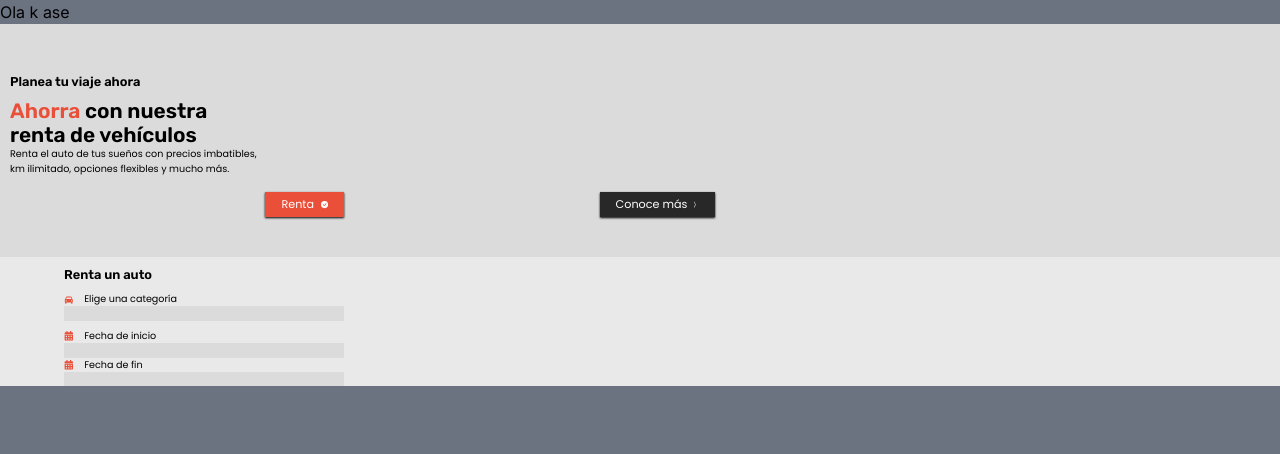
Repository: aldovelacasas/PF_RentCar2
Page: /homePage
These files come from the project's save history. The page is drawn as it stood at one moment and after the next save; the edit follows.
The browser window is 1280 px wide. The pictures show the whole page.
The project was rebuilt for these pictures with package versions that can differ from the ones it lists, and the page was loaded fresh each time. Some packages were replaced by stand-ins written for this rebuild. The framework's server and built-in components were replaced by stand-ins that run in the browser. Also part of the build but not shown: next.config.js.

Above is the page before, as saved 2023-08-29 20:03:55.

### src/app/layout.jsx
import "./globals.css";
import { Inter } from "next/font/google";

const inter = Inter({ subsets: ["latin"] });

export const metadata = {
  title: "Create Next App",
  description: "Generated by create next app",
};

export default function RootLayout({ children }) {
  return (
    <html lang="en">
      <body className={inter.className}>
        <h1>Ola k ase</h1>
        <div className="h-[calc(100vh-5rem)]">{children}</div>
      </body>
    </html>
  );
}

### src/app/homePage/page.jsx
import { Rubik, Poppins } from "next/font/google";
import { BsChevronCompactRight, BsCheckCircleFill } from "react-icons/bs";
import { BiSolidCar } from "react-icons/bi";
import { FaCalendarAlt } from "react-icons/fa";

const fontRubik = Rubik({
  weight: "600",
  subsets: ["latin"],
});

const fontPoppins = Poppins({
  weight: "400",
  subsets: ["latin"],
});
const poppins = fontPoppins.className;
const rubik = fontRubik.className;

function HomePage() {
  return (
    <>
      <header className={`bg-gris_fondo ${rubik} space-y-0 space-x-2.5`}>
        <p className={`pt-12 ml-2.5 text-[0.8em] mb-2`}>
          Planea tu viaje ahora
        </p>
        <p className="text-[1.3em]  leading-6">
          <span className="text-naranja_enf">Ahorra </span>
          con nuestra
        </p>
        <p className="text-[1.3em] leading-6">renta de vehículos</p>
        <p className={`${poppins} text-[0.6em] mt-2`}>
          Renta el auto de tus sueños con precios imbatibles,
        </p>
        <p className={`${poppins} text-[0.6em] pb-4`}>
          km ilimitado, opciones flexibles y mucho más.
        </p>
        <div className="flex place-content-evenly w-3/4 mt-3 pb-10">
          <button
            className={`bg-naranja_enf text-white text-[0.7em] px-4 py-1 ${poppins} shadow-sm shadow-black hover:shadow-md hover:shadow-black active:shadow-inner active:shadow-black`}>
            Renta <BsCheckCircleFill className="inline pl-1" />
          </button>
          <button
            className={`bg-negro_fondo text-white text-[0.7em] px-4 py-1 ${poppins} shadow-sm shadow-black hover:shadow-md hover:shadow-black active:shadow-inner active:shadow-black`}>
            Conoce más
            <BsChevronCompactRight className="inline pl-1 stroke-slate-100 pr-0 mr-0" />
          </button>
        </div>
      </header>
      <form className={`pt-2 ${poppins} text-[0.6em] pl-16 bg-gris_frente`}>
        <p className={`text-[0.8rem] ${rubik} mb-2`}>Renta un auto</p>
        <label htmlFor="categoria" className="">
          <BiSolidCar className="inline text-naranja_enf mr-2" /> Elige una
          categoría
        </label>
        <br />
        <input className="bg-gris_fondo w-[280px] mb-2" name="categoría" />{" "}
        <br />
        <label htmlFor="fechaInicio" className="">
          <FaCalendarAlt className="inline text-naranja_enf mr-2" /> Fecha de
          inicio
        </label>
        <br />
        <input className="bg-gris_fondo w-[280px]" name="fechaFin" /> <br />
        <label htmlFor="fechaFin" className="">
          <FaCalendarAlt className="inline text-naranja_enf mr-2" /> Fecha de
          fin
        </label>
        <br />
        <input className="bg-gris_fondo w-[280px]" name="fechaFin" />
      </form>
    </>
  );
}

export default HomePage;

### src/app/api/products/[id]/route.js
import { NextResponse } from "next/server";
import {conn} from "@/libs/mysql"

export async function GET(request,{params}){
  try {
    const result = await conn.query("SELECT * FROM product WHERE id = ?", [params.id])
    if(result.length === 0 ){
        return NextResponse.json(
         {
            message: "producto no encontrado",
         },
         {
            status:404,
         }
        );
    }
    return NextResponse.json(result[0])
  } catch (error) {
    return NextResponse.json(
        {
            message:error.message,
        },
        {status: 500}
    )
  }
}

export async function DELETE (request,{params} ){
    try {
     const result = await conn.query("DELETE FROM product WHERE id = ?", [params.id]);
     if(result.affectedRows === 0){
         return NextResponse.json({message:"Producto no encontrado"},{status:404})
     }

     return new Response (null, {status: 204})
 } catch (error) {
     return NextResponse.json({message:error.message},{status:500})
 }
    }

export async  function PUT(request, {params}){
   try {
    const data = await request.json()
    const result = await conn.query("UPDATE product SET ? WHERE id = ?", [data , params.id])

    if (result.affectedRows === 0) {
        return NextResponse.json(
        {
            message: "producto no encontrado",
        },
        {
            status: 400,
        }
        )
    }
     const updateProduct = await conn.query("SELECT * FROM product WHERE id = ?", [params.id])

  return NextResponse.json(updateProduct[0])

   } catch (error) {
    return NextResponse.json(
        {
            message: error.message,
        },
        { status: 500}
    )
   }
}

### src/app/api/products/route.js
import { NextResponse } from "next/server";
import {conn} from "@/libs/mysql";

export async function GET(){
    try {
        const results = await conn.query("SELECT * FROM product");
        return NextResponse.json(results)

    } catch (error) {
        return NextResponse.json(
        {
          message: error.message,
        },
        {
            status:500,
        }

        );
    }
}

    export async function POST (request) {
  try {
    const {name, price, year, model, capacity, type, description, image, transmission,  }= await request.json();

    const result  = await conn.query("INSERT INTO product SET ?", {
        name,
        price,
        year,
        model,
        capacity,
        type,
        transmission,
        image,
        description

    })

    return NextResponse.json({
        name,
        price,
        year,
        model,
        capacity,
        type,
        transmission,
        image,
        description,
        id: result.insertId,

    })

  } catch (error) {
    console.log(error);
    return NextResponse.json(
    {
        message: error.message,
    },
    {
        status:500,
    }
    );
  }

}

### src/app/globals.css
@tailwind base;
@tailwind components;
@tailwind utilities;

body {
   @apply bg-gray-500; /* Fondo más claro */
   color: gray-800; /* Texto oscuro */
}

### tailwind.config.js
/** @type {import('tailwindcss').Config} */
module.exports = {
  content: [
    "./src/pages/**/*.{js,ts,jsx,tsx,mdx}",
    "./src/components/**/*.{js,ts,jsx,tsx,mdx}",
    "./src/app/**/*.{js,ts,jsx,tsx,mdx}",
  ],
  theme: {
    extend: {
      backgroundImage: {
        "gradient-radial": "radial-gradient(var(--tw-gradient-stops))",
        "gradient-conic":
          "conic-gradient(from 180deg at 50% 50%, var(--tw-gradient-stops))",
      },
      colors: {
        gris_fondo: "#dbdbdb",
        gris_frente: "#e9e9e9",
        negro_fondo: "#282828",
        naranja_enf: "#ea4f39",
        rojo_status: "#e30613",
        verde_status: "#4aaf4d",
        amarillo_status: "#f0e400",
      },
    },
  },
  plugins: [],
};

Loaded but not shown: src/app/api/bookings/[id]/route.js (no copy from this time; the picture is the same without it); src/app/api/bookings/route.js (no copy from this time; the picture is the same without it); src/app/api/create-payment-intent/route.js (no copy from this time; the picture is the same without it); src/app/api/post/[id]/route.js (no copy from this time; the picture is the same without it); src/app/api/post/route.js (no copy from this time; the picture is the same without it); src/app/api/users/[id]/route.js (no copy from this time; the picture is the same without it); src/app/api/users/route.js (no copy from this time; the picture is the same without it)

After the next save:
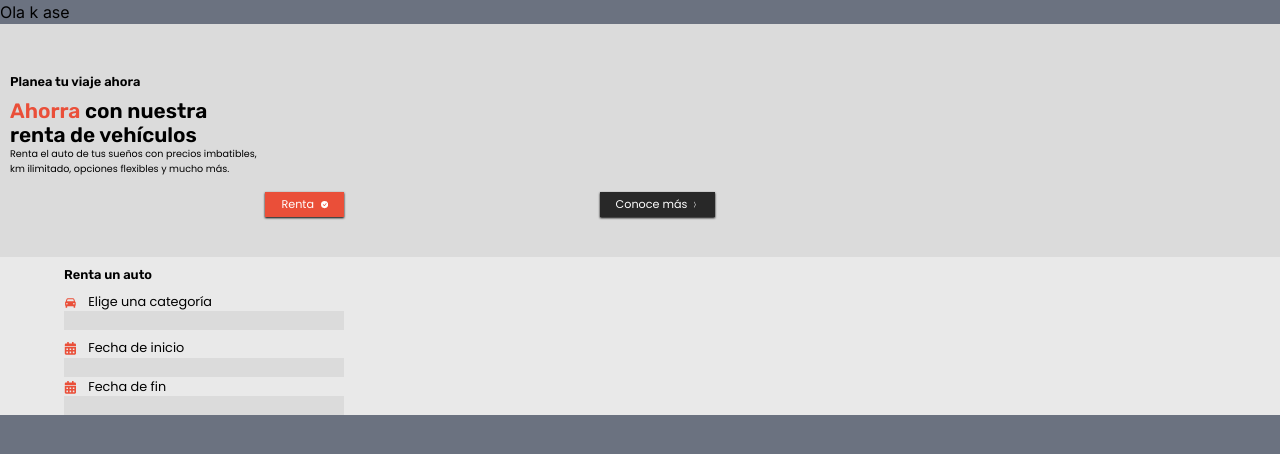
Saved 47 s later.
--- a/src/app/homePage/page.jsx
+++ b/src/app/homePage/page.jsx
@@ -45,7 +45,7 @@ function HomePage() {
           </button>
         </div>
       </header>
-      <form className={`pt-2 ${poppins} text-[0.6em] pl-16 bg-gris_frente`}>
+      <form className={`pt-2 ${poppins} text-[0.8em] pl-16 bg-gris_frente`}>
         <p className={`text-[0.8rem] ${rubik} mb-2`}>Renta un auto</p>
         <label htmlFor="categoria" className="">
           <BiSolidCar className="inline text-naranja_enf mr-2" /> Elige una
